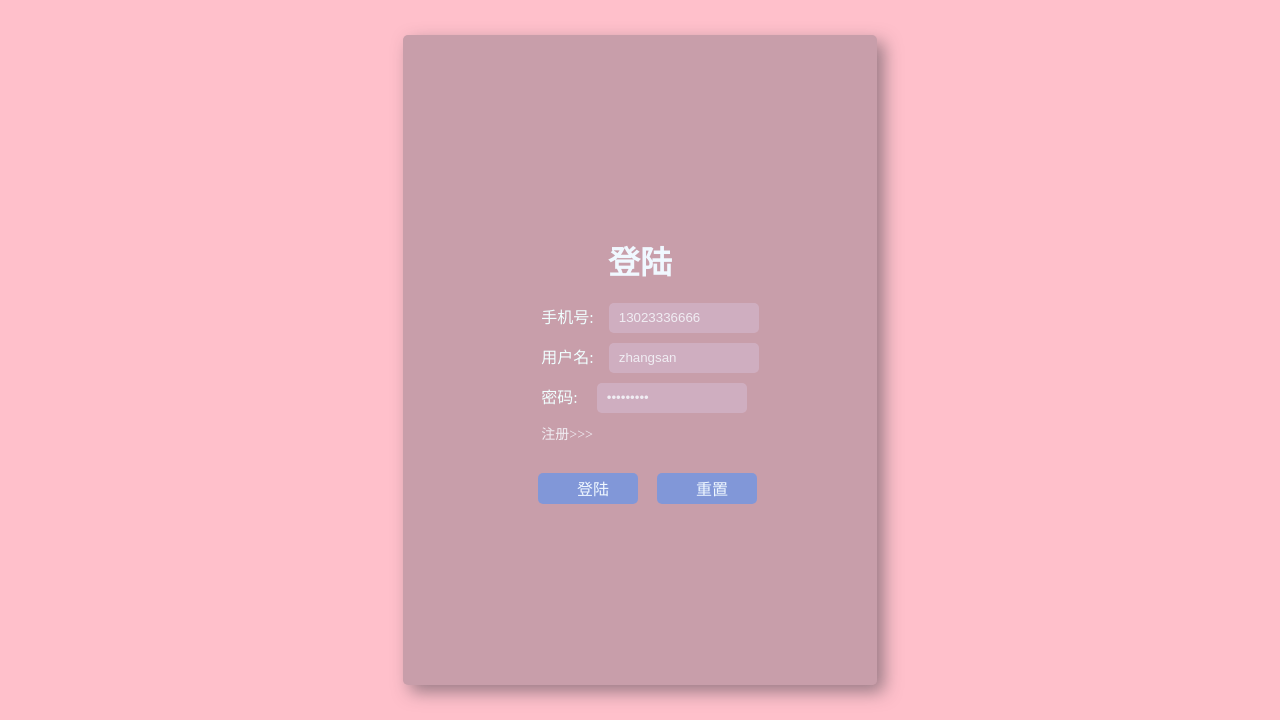
Repository: aaa615/Visualization-of-data-structure-algorithms
Page: http://localhost/dataStructure/main/login.jsp
The author's editor kept a copy of each file at every save. The page is drawn from the files as they stood at one save, then again after the next save.
The browser window is 1280 px wide. The pictures show the whole page.
The page is served by Tomcat 9. Other server files are loaded and not shown.

Above is the page before, as saved 2021-05-16 08:12:51.

### dataStructure/WebContent/main/login.jsp
<%@ page language="java" contentType="text/html; charset=utf-8"
    pageEncoding="utf-8"%>
<!DOCTYPE html>
<html>
<head>
<meta charset="utf-8">
<title>登录</title>

<!-- http://localhost:8080/dataStructure/main/login.jsp -->


<link rel="stylesheet" type="text/css" href="../css/login.css">
</head>
<body>
<div id="loginDiv">
        <form action="loginAcManageUserAction.action" id="loginForm" method="post">
            <h1 style="text-align: center;color: aliceblue;">登陆</h1>
            <p><label id="global_trip">${message}</label></p>
             <p>手机号:<input id="phonenum" type="text" name="u.phonenum" value="13023336666"></p>

            <p>用户名:<input id="username" type="text" name="u.name" value="zhangsan"></p>

            <p>密码:&nbsp;<input id="password" type="password" name="u.password" value="mic693251"></p>

 			<p><a href="register.jsp">注册>>></a></p>

            <div style="text-align: center;margin-top: 30px;">
                <input type="submit" class="button" value="登陆">
                <input type="reset" class="button" value="重置" onmouseup="clearTrip()">
            </div>
        </form>
    </div>
    <script type="text/javascript">

    function clearTrip(){
    	var globalLabel=document.getElementById("global_trip");
    	globalLabel.innerText="";
    }
    </script>
</body>
</html>

### dataStructure/WebContent/css/login.css
@charset "UTF-8";
*{
    margin: 0;
    padding: 0;
}

html {
    height: 100%;
    width: 100%;
    overflow: hidden;
    margin: 0;
    padding: 0;
    background-size: 100% 100%;
    -moz-background-size: 100% 100%;
}

body {
    display: flex;
    align-items: center;
    justify-content: center;
    height: 100%;
    background-color:pink;
}

#loginDiv {
    width: 37%;
    display: flex;
    justify-content: center;
    align-items: center;
    height: 650px;
    background-color: rgba(75, 81, 95, 0.3);
    box-shadow: 7px 7px 17px rgba(52, 56, 66, 0.5);
    border-radius: 5px;
}

p,
.sexDiv {
    margin-top: 10px;
    margin-left: 20px;
    color: azure;
}

.sexDiv>input,
.hobby>input {
    width: 30px;
    height: 17px;
}

input,
select {
    margin-left: 15px;
    border-radius: 5px;
    border-style: hidden;
    height: 30px;
    width: 140px;
    background-color: rgba(216, 191, 216, 0.5);
    outline: none;
    color: #f0edf3;
    padding-left: 10px;
}

.button {
    border-color: cornsilk;
    background-color: rgba(100, 149, 237, .7);
    color: aliceblue;
    border-style: hidden;
    border-radius: 5px;
    width: 100px;
    height: 31px;
    font-size: 16px;
}

.introduce {
    margin-left: 110px;
}

.introduce>textarea {
    background-color: rgba(216, 191, 216, 0.5);
    border-style: hidden;
    outline: none;
    border-radius: 5px;
}

h1 {
    text-align: center;
    margin-bottom: 20px;
    margin-top: 20px;
    color: #f0edf3;
}

b {
    margin-left: 50px;
    color: #FFEB3B;
    font-size: 10px;
    font-weight: initial;
}

a{
    text-align:center;
    margin-bottom: 20px;
    margin-top: 20px;
    font-size:14px;
    color: #f0edf3;
    text-decoration:none;
}

label{
    text-align: center;
    font-size: 14px;
    color: red;
}

After the next save:
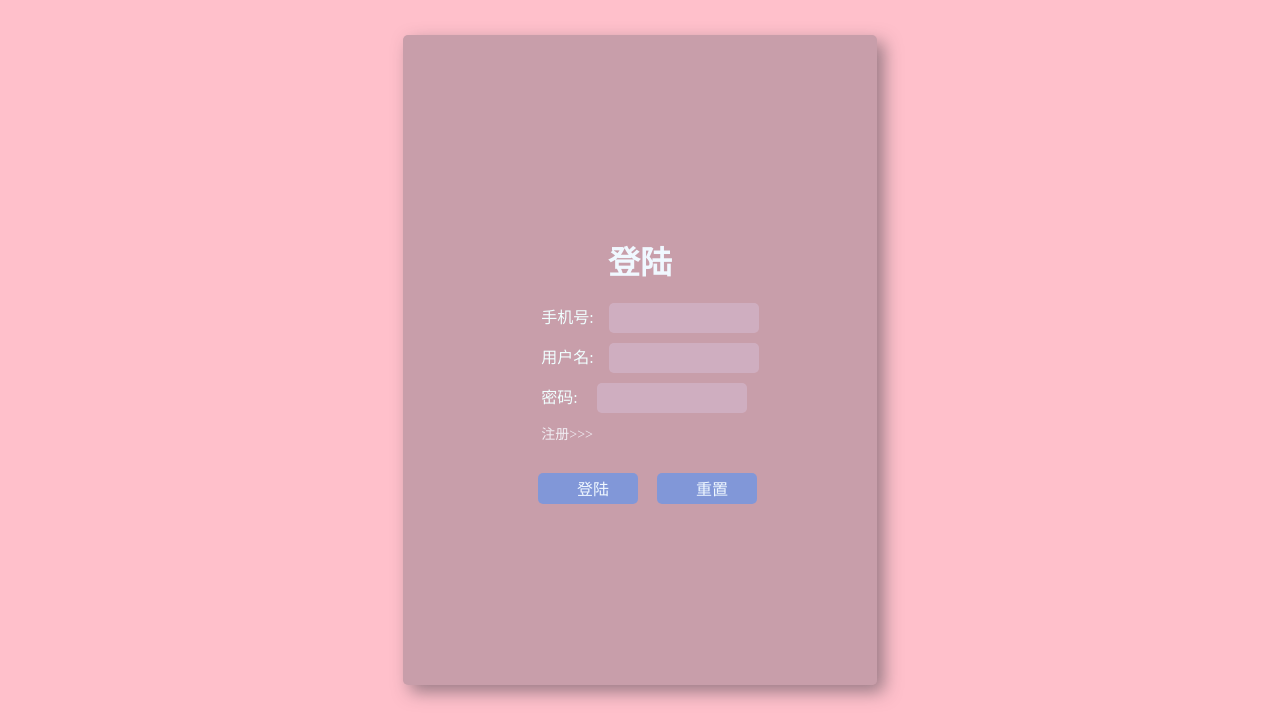
Saved 3 days later.
--- a/dataStructure/WebContent/main/login.jsp
+++ b/dataStructure/WebContent/main/login.jsp
@@ -16,11 +16,11 @@
         <form action="loginAcManageUserAction.action" id="loginForm" method="post">
             <h1 style="text-align: center;color: aliceblue;">登陆</h1>
             <p><label id="global_trip">${message}</label></p>
-             <p>手机号:<input id="phonenum" type="text" name="u.phonenum" value="13023336666"></p>
+             <p>手机号:<input id="phonenum" type="text" name="u.phonenum"></p>
 
-            <p>用户名:<input id="username" type="text" name="u.name" value="zhangsan"></p>
+            <p>用户名:<input id="username" type="text" name="u.name"></p>
 
-            <p>密码:&nbsp;<input id="password" type="password" name="u.password" value="mic693251"></p>
+            <p>密码:&nbsp;<input id="password" type="password" name="u.password"></p>
 
  			<p><a href="register.jsp">注册>>></a></p>
 
